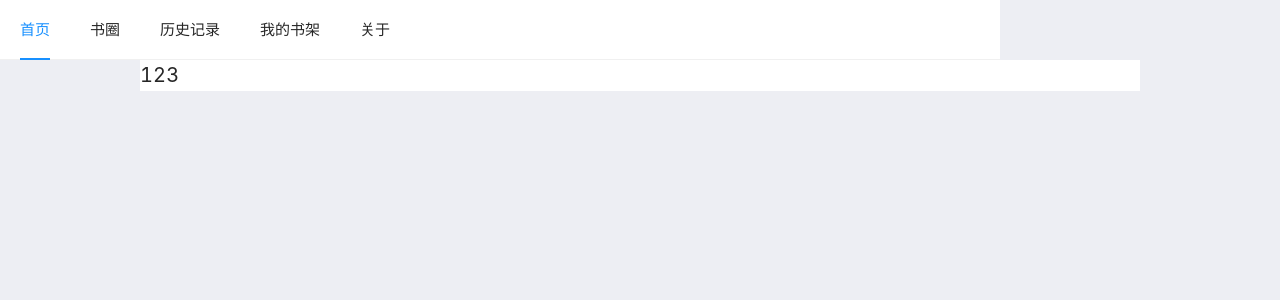
Repository: Fengjing95/book-react
Page: /
An editor plug-in stored every save of this project. The page is shown before and after the next save, followed by the edit.
The browser window is 1280 px wide. The pictures show the whole page.
The project was rebuilt for these pictures with package versions that can differ from the ones it lists, and the page was loaded fresh each time.

Above is the page before, as saved 2021-02-19 11:28:44.

After the next save:
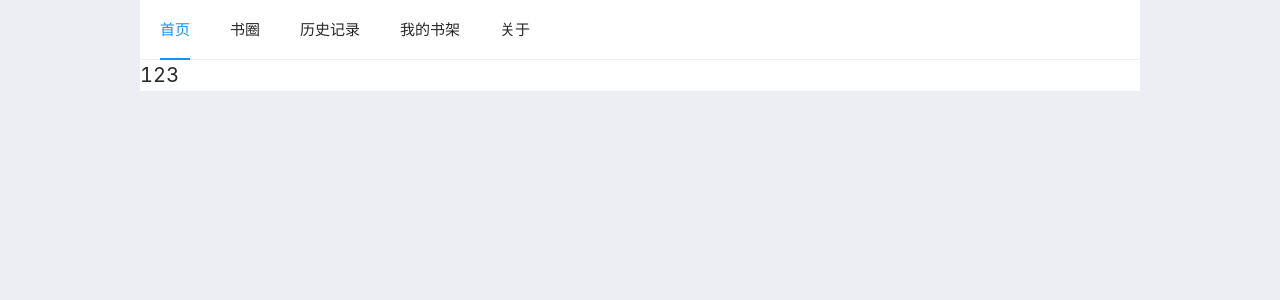
Saved 13 s later.
--- a/src/components/MyMenu/MyMenu.jsx
+++ b/src/components/MyMenu/MyMenu.jsx
@@ -29,7 +29,7 @@
       <Menu
         selectedKeys={[this.state.current]}
         mode="horizontal" onClick={this.menuHandler}
-        style={{ lineHeight: '60px', fontSize: '15px', width: '1000px'}}>
+        style={{ lineHeight: '60px', fontSize: '15px', width: '1000px', margin: '0 auto' }}>
         {
           this.state.menu.map((item) => {
             return <Menu.Item key={item.key}>
